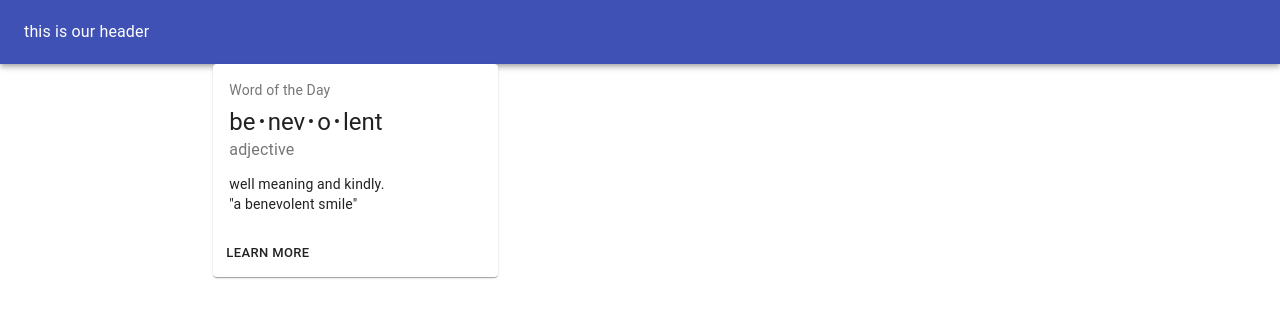
Repository: hossamsulleman1/reactcontact3
Page: / (app in my-app/)
An editor plug-in stored every save of this project. The page is shown before and after the next save, followed by the edit.
The browser window is 1280 px wide. The pictures show the whole page.
The project was rebuilt for these pictures with package versions that can differ from the ones it lists, and the page was loaded fresh each time.

Above is the page before, as saved 2020-08-18 20:12:39.

After the next save:
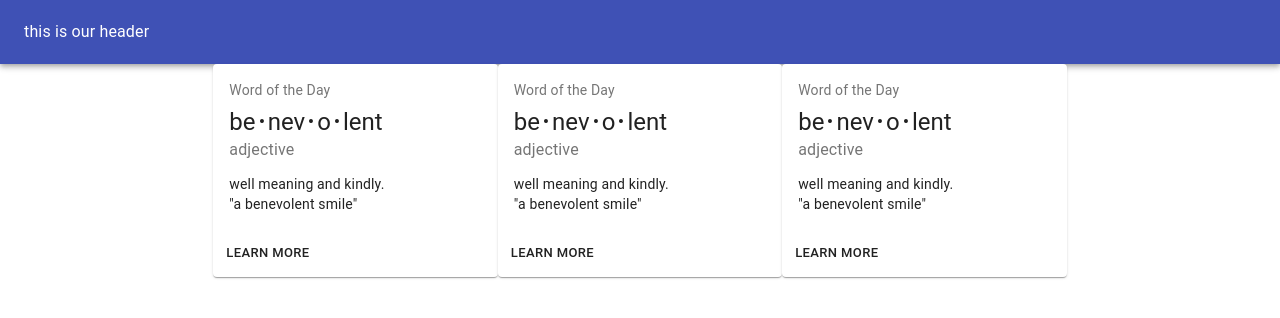
Saved 25 s later.
--- a/my-app/src/components/Content.jsx
+++ b/my-app/src/components/Content.jsx
@@ -9,6 +9,12 @@ return (
         <Grid item xs={4} >
         <CardItem/>
         </Grid>
+        <Grid item xs={4} >
+        <CardItem/>
+        </Grid>
+        <Grid item xs={4} >
+        <CardItem/>
+        </Grid>
     </Grid>
 
 )
